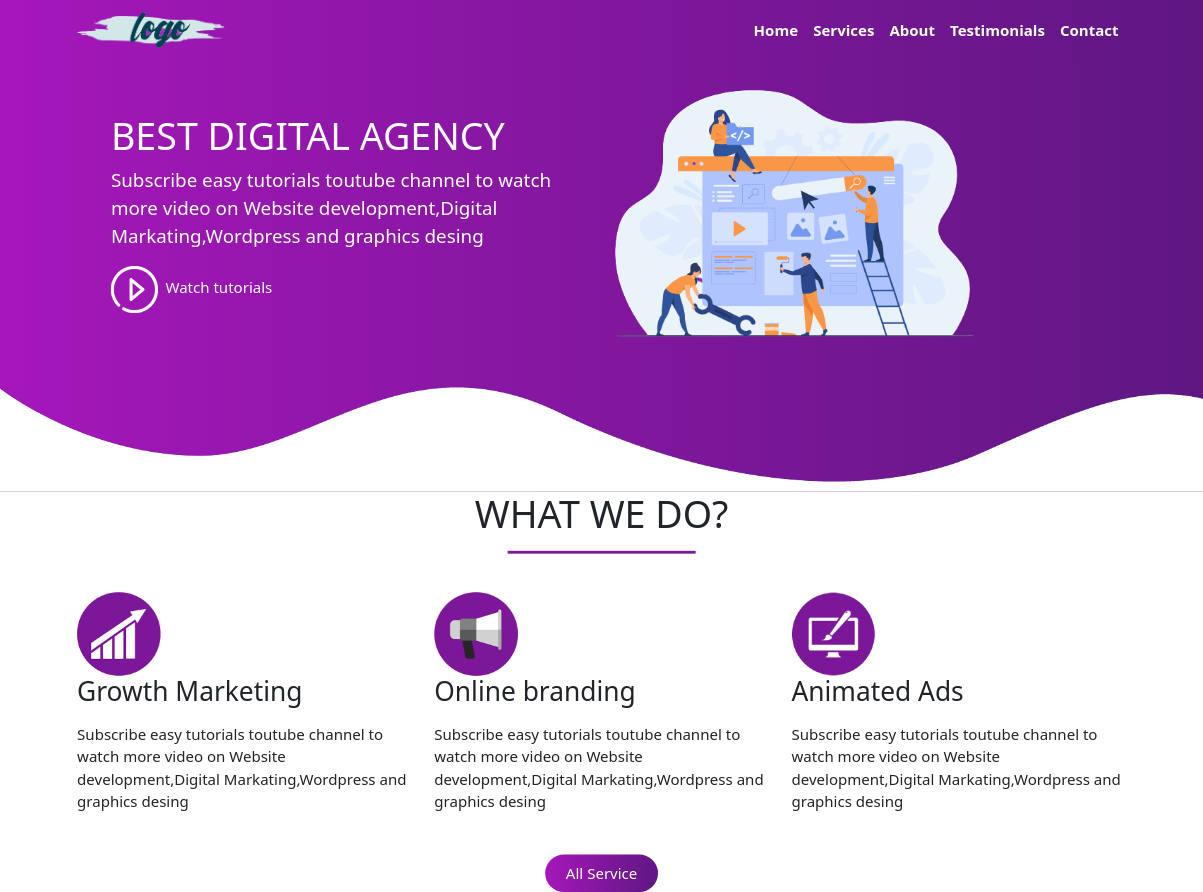
Repository: zjria/PSD-to-HTML-DIGITAL-AGENCY
Page: index.html
These files come from the project's save history. The page is drawn as it stood at one moment and after the next save; the edit follows.
The browser window is 1280 px wide. The pictures show the whole page, at 94% of full size.
Some web libraries are served in a nearby version.

Above is the page before, as saved 2022-05-11 08:33:48.

### index.html
<!doctype html>
<html lang="en">
  <head>
    <!-- Required meta tags -->
    <meta charset="utf-8">
    <meta name="viewport" content="width=device-width, initial-scale=1">
    <title>DIGITAL AGENCY</title>
    <!-- Bootstrap CSS -->
    <link href="https://cdn.jsdelivr.net/npm/bootstrap@5.0.2/dist/css/bootstrap.min.css" rel="stylesheet">
    <!-- Font awesome link-->
    <link rel="stylesheet" href="https://cdnjs.cloudflare.com/ajax/libs/font-awesome/6.1.1/css/all.min.css">
    <!-- custom CSS  -->
    <link rel="stylesheet" href="css/style.css">
  </head>
  <body>
    <!-- Navbar Section Start -->
    <section class="header">
        <nav class="navbar navbar-expand-md fixed-top">
            <div class="container">
                <a href="#" class="navbar-brand">
                    <img src="img/h_logo.png" alt="" class="menu-icon img-fluid w-50">
                </a>
                <button class="navbar-toggler" data-bs-target="#menunavbarlink" data-bs-toggle="collapse" type="button">
                    <span class="navbar-toggler-icon"></span>
                </button>
                <div class="collapse navbar-collapse fw-bold " id="menunavbarlink">
                  <ul class="navbar-nav ms-auto ">
                    <li class="nav-item ">
                      <a href="#Home" class="nav-link text-white">Home</a>
                    </li>
                    <li class="nav-item">
                      <a href="#Services" class="nav-link text-white">Services</a>
                    </li>
                    <li class="nav-item">
                      <a href="#About" class="nav-link text-white">About</a>
                    </li>
                    <li class="nav-item">
                      <a href="#Testimonials" class="nav-link text-white" >Testimonials</a>
                    </li>
                    <li class="nav-item">
                      <a href="#Contact" class="nav-link text-white">Contact</a>
                    </li>
                  </ul>
                </div>
            </div>
        </nav>
    </section>
    <!-- Navbar Section END -->
    <!-- Navbar Section Start -->
    <section class="" id="baner" id="Home">
      <div class="container p-5 py-5">
        <div class="row align-items-center text-white mt-5">
          <div class="col-md-6">
            <h1>BEST DIGITAL AGENCY</h1>
            <p class="lead">Subscribe easy tutorials toutube channel to watch more video on Website development,Digital Markating,Wordpress and graphics desing</p>
            <a href="#"><img src="img/play.png" class="img-fluid me-2 " alt=""><span>Watch tutorials</span></a>
          </div>
          <div class="col-md-6 m-auto">
            <img src="img/heder_logo.png" class="img-fluid w-75" alt="">
          </div>
        </div>
      </div>
      <img src="img/wave1.png" alt="" class="img-wave1 img-fluid">
    </section>
    <!-- Navbar Section END -->

    <!-- Service Section Start -->
      <section class="service-section">
        <div class="container">
          <div class="row">
            <h1 class="title">WHAT WE DO?</h1>
            <!-- <span></span> -->
          </div>
          <div class="row mt-5">
            <div class="col-12 col-md-4 mb-2">
              <img src="img/service1.png" alt="" class="img-fluid w-25">
              <h3 class="mb-3">Growth Marketing</h3>
              <p>
                Subscribe easy tutorials toutube channel to watch more video on Website development,Digital Markating,Wordpress and graphics desing</p>
            </div>
            <div class="col-12 col-md-4 mb-2">
              <img src="img/service2.png" alt="" class="img-fluid w-25">
              <h3 class="mb-3">Online branding</h3>
              <p>
                Subscribe easy tutorials toutube channel to watch more video on Website development,Digital Markating,Wordpress and graphics desing</p>
            </div>
            <div class="col-12 col-md-4 mb-2">
              <img src="img/service3.png" alt="" class="img-fluid w-25">
              <h3 class="mb-3">Animated Ads</h3>
              <p>
                Subscribe easy tutorials toutube channel to watch more video on Website development,Digital Markating,Wordpress and graphics desing</p>
            </div>
          </div>
          <div class="row">
            <div class="com-12 text-center">
              <button type="button" class="services-button btn">All Service</button>
            </div>
          </div>
        </div>
      </section>
    <!-- Service Section End -->

    <!-- About Section Start -->

    <!-- About Section End -->


    <!-- Optional JavaScript; choose one of the two! -->
    <!-- Option 1: Bootstrap Bundle with Popper -->
    <script src="https://cdn.jsdelivr.net/npm/bootstrap@5.0.2/dist/js/bootstrap.bundle.min.js"></script>
  </body>
</html>

### css/style.css
.navbar{
    background-image: linear-gradient(to right, #a517ba,#5f1782)!important;
}
#baner{
    background-image: linear-gradient(to right, #a517ba,#5f1782)!important;
    align-items: center;
    margin: auto;
    justify-content: center;
}
#baner a img{
    width: 50px;
    align-items: center;
    margin: auto;
    justify-content: center;

}
#baner a{
    text-decoration: none;
    color: white;
}
.img-wave1{
    width: 100%;
}

/* Service Section */
.title{
    text-align: center;
}
.title::after{
    content: "";
    display: block;
    background: #7B1798;
    height: 3px;
    width: 200px;
    margin: auto;
    transform: translateY(15px);
}

.services-button {
    background-image: linear-gradient(to right, #a517ba,#5f1782);
    color: white;
    border: none;
    width: 120px;
    height: 40px;
    margin: auto;
    border-radius: 20px;
    margin-top: 20px;
}
/* About Section Start  */

After the next save:
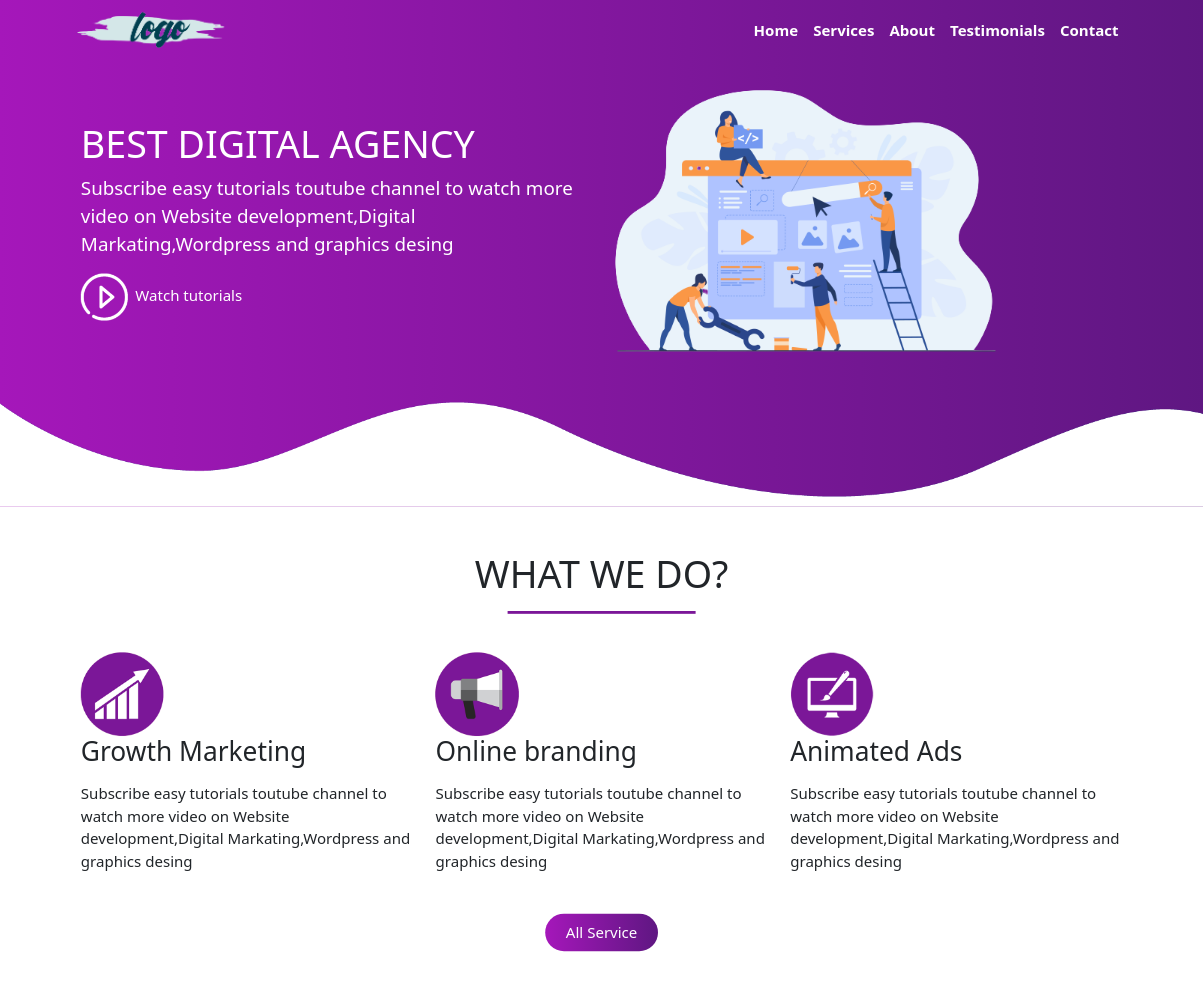
Saved 2 min 10 s later.
--- a/index.html
+++ b/index.html
@@ -48,7 +48,7 @@
     <!-- Navbar Section END -->
     <!-- Navbar Section Start -->
     <section class="" id="baner" id="Home">
-      <div class="container p-5 py-5">
+      <div class="container p-3 py-5">
         <div class="row align-items-center text-white mt-5">
           <div class="col-md-6">
             <h1>BEST DIGITAL AGENCY</h1>
@@ -66,7 +66,7 @@
 
     <!-- Service Section Start -->
       <section class="service-section">
-        <div class="container">
+        <div class="container p-3 py-5">
           <div class="row">
             <h1 class="title">WHAT WE DO?</h1>
             <!-- <span></span> -->
